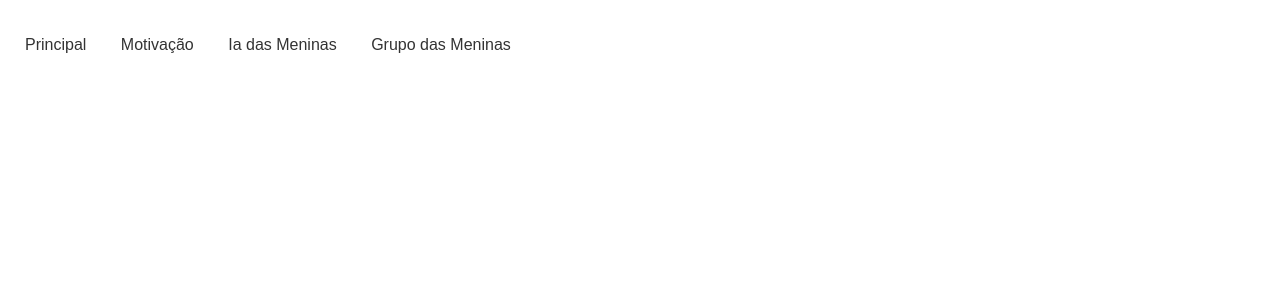
Repository: joaobatistafrontend/pref
Page: http://localhost/
The author's editor kept a copy of each file at every save. The page is drawn from the files as they stood at one save, then again after a run of saves.
The browser window is 1280 px wide. The pictures show the whole page.
The page is served by the project's application, run on Django 4.2 (manage.py). Other server files are loaded and not shown.

Above is the page before, as saved 2024-07-26 14:44:09.

### templates/index.html
{% load  static %}
<!DOCTYPE html>
<html lang="en">
<head>
    <meta charset="UTF-8">
    <meta name="viewport" content="width=device-width, initial-scale=1.0">
    <title>Document</title>

    {% load static %}
    <link rel="stylesheet" href="{% static 'css/index.css' %}"></head>
<body>
    <div class="hero" >
        <nav>
            <ul>
                <li><a href="">Principal</a></li>
                <li><a href="">Motivação</a></li>
                <li><a href="">Ia das Meninas</a></li>
                <li><a href="">Grupo das Meninas</a></li>
                <li></li>
            </ul>
        </nav>
    </div>
</body>
</html>

### chat_app/views.py
#https://espere.in/Build-your-chatbot-with-the-power-of-Gemini-API-using-Django/
from django.shortcuts import render, reverse
from django.contrib.auth.decorators import login_required
from .models import ChatBot
from django.http import HttpResponseRedirect, JsonResponse
import google.generativeai as genai
from .treinamentos import contexto_inicial, contexto_de_estudos
#chave api
genai.configure(api_key="AIzaSyCkg2khwEkqTQ7kYa8gVzsz2bWWpweUEO8")


@login_required
def ask_question(request):
    if request.method == "POST":
        text = request.POST.get("text")#receber o texto do user
        model = genai.GenerativeModel("gemini-pro")#modelo da ia

        chat = model.start_chat()#iniciar um chat

        #receber o texto do usuario como parametro
        response = chat.send_message(f"O assunto que vamos conversar é sobre responder perguntas frequentes e prestar suporte a assuntos relacionados às políticas públicas voltadas para as mulheres. Tenha conhecimento e forneça aconselhamento acessível para o {user}. Use as seguintes leis e contextos para ajudar: {contexto_inicial} e {contexto_de_estudos}. Foque em dados do Ceará. Mantenha o foco em responder perguntas frequentes e prestar suporte a assuntos relacionados às políticas públicas voltadas para as mulheres."
)
        user = request.user #ususario
        ChatBot.objects.create(text_input=text, gemini_output=response.text, user=user)#criar um batepapo

        response_data = {#extrair apenas a resposta
            "text": response.text,  #tranforma a resposta em texto
        }
        return JsonResponse({"data": response_data})
    else:
        return HttpResponseRedirect(
            reverse("chat")
        )


@login_required
def chat(request):
    user = request.user #saber o user autenticado
    chats = ChatBot.objects.filter(user=user)
    return render(request, "chat_bot.html", {"chats": chats})

def index(request):

    return render(request, "index.html")

### chatbot/urls.py

from django.contrib import admin
from django.urls import path, include

urlpatterns = [
    path('admin/', admin.site.urls),
    path('', include('chat_app.urls'))
]

### chat_app/urls.py

from django.contrib import admin
from django.urls import path, include
from . import views

urlpatterns = [
    path("", views.index, name="index"),
    path("ask_question/", views.ask_question, name="ask_question"),
]

### chat_app/treinamentos.py
#visão geral das políticas públicas para mulheres no Brasil
contexto_inicial = (
    "1. Visão Geral: As políticas públicas para as mulheres no Brasil têm evoluído ao longo dos anos, refletindo mudanças nas normas sociais, avanços no movimento feminista e maior reconhecimento dos direitos das mulheres.\n\n"

    "2. Marcos Históricos:\n"
    "* Criação do Conselho Nacional dos Direitos da Mulher (CNDM) em 1985.\n"
    "* Aprovação da Lei do Divórcio (Lei 6.515/1977) e da Lei dos Crimes Hediondos (Lei 8.072/1990), que incluía o feminicídio como crime hediondo.\n"
    "* Aprovação da Lei de Igualdade Salarial (Lei 7.855/1989).\n"
    "* Criação das Delegacias de Defesa da Mulher.\n\n"

    "3. Leis e Programas Recentes:\n"
    "* Aprovação da Lei Maria da Penha em 2006.\n"
    "* Criação do Programa Bolsa Família em 2003.\n"
    "* Criação do Programa de Assistência Integral à Saúde da Mulher (PAISM).\n"
    "* Política Nacional de Enfrentamento à Violência contra as Mulheres.\n\n"

    "4. Outras Iniciativas Importantes:\n"
    "* Lei de Cotas para Mulheres em Eleições em 1997.\n"
    "* Criação do Programa Pronatec Mulheres em 2011.\n"
    "* Aprovação da Lei do Feminicídio (Lei 13.104/2015).\n\n"

    "5. Medidas Recentes:\n"
    "* Lei da Importunação Sexual (Lei 13.718/2018).\n"
    "* Criação do Ligue 180 em 2013.\n"
    "* Plano Nacional de Políticas para as Mulheres (PNPM).\n"
    "* Política Nacional de Saúde Mental e Direitos das Mulheres.\n"
    "* Medidas para Promover a Igualdade de Gênero no Mercado de Trabalho.\n\n"
)

contexto_de_estudos = (
    "1. Legislação e Normas:\n"
    "  * Leis federais e estaduais: Lei Maria da Penha, Lei do Feminicídio, etc.\n"
    "  * Decretos e portarias.\n"
    "  * Normas técnicas.\n\n"

    "2. Programas e Iniciativas:\n"
    "  * Programas governamentais.\n"
    "  * Iniciativas de ONGs.\n\n"

    "3. Serviços Disponíveis:\n"
    "  * Centros de Atendimento.\n"
    "  * Telefones de Emergência.\n\n"

    "4. Estatísticas e Estudos:\n"
    "  * Dados estatísticos.\n"
    "  * Estudos e pesquisas.\n\n"

    "5. Direitos e Benefícios:\n"
    "  * Direitos das mulheres.\n"
    "  * Benefícios sociais.\n\n"

    "6. Processos e Procedimentos:\n"
    "  * Como acessar serviços.\n"
    "  * Procedimentos legais.\n\n"

    "7. Educação e Capacitação:\n"
    "  * Cursos e treinamentos.\n"
    "  * Campanhas educativas.\n\n"

    "8. Informações Regionais:\n"
    "  * Especificidades locais.\n\n"

    "Fontes de Dados:\n"
    "  * Sites oficiais do governo.\n"
    "  * Organizações internacionais.\n"
    "  * Instituições de pesquisa.\n"
    "  * Documentos legais.\n"
)

### static/css/index.css
*{
    margin: 0;
    padding: 0;
    box-sizing: border-box;
    font-family:sans-serif;
}
.hero{
    width: 100%;
    min-height: 100vh;
    /* background: linear-gradient(#720872, #470763); */

    padding: 10px 10px;
    overflow: hidden;
}
.nav{
    display: flex;
    padding: 10px 0;
    align-items: center;
    justify-content: space-between;
}
.logo{
    width: 80px;
}
nav ul li{
    justify-content: center;
    display: inline-block;
    list-style: none;
    margin: 20px 15px;
}
nav ul li a{
    text-decoration: none;
    color:  #333;
    font-weight: 400;
}

After the next 2 saves:
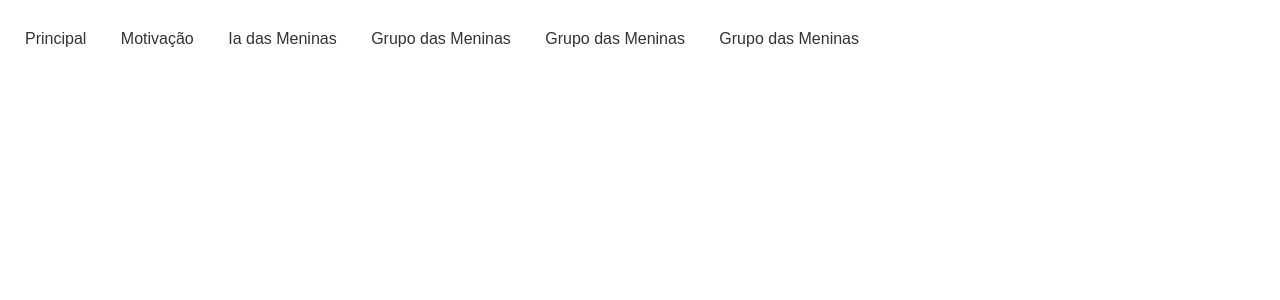
The 2 saves are shown as one change because they came seconds apart.
The last was saved 7 s later.
--- a/templates/index.html
+++ b/templates/index.html
@@ -16,7 +16,8 @@
                 <li><a href="">Motivação</a></li>
                 <li><a href="">Ia das Meninas</a></li>
                 <li><a href="">Grupo das Meninas</a></li>
-                <li></li>
+                <li><a href="">Grupo das Meninas</a></li>
+                <li><a href="">Grupo das Meninas</a></li>
             </ul>
         </nav>
     </div>
